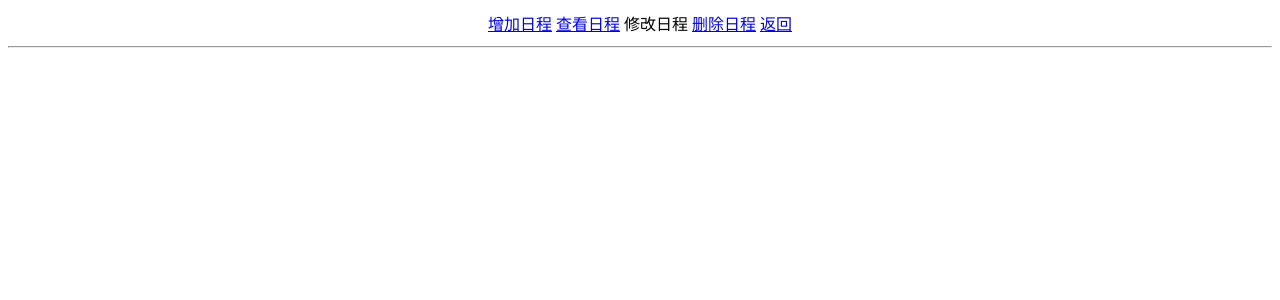
Repository: zy840055899/old-workspace
Page: http://localhost/PIMS/dateManager/updateDate.jsp
The author's editor kept a copy of each file at every save. The page is drawn from the files as they stood at one save, then again after the next save.
The browser window is 1280 px wide. The pictures show the whole page.
The page is served by Tomcat 9.

Above is the page before, as saved 2014-03-17 11:47:59.

After the next save:
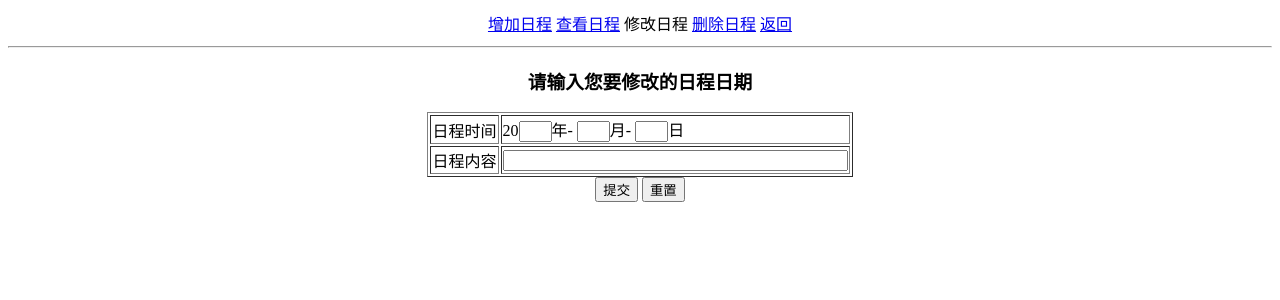
Saved 2 min 7 s later.
--- a/PIMS/WebContent/dateManager/updateDate.jsp
+++ b/PIMS/WebContent/dateManager/updateDate.jsp
@@ -22,30 +22,34 @@
 
 </table><hr>
 
+<h3>请输入您要修改的日程日期</h3>
 
+<form action="http://localhost:8080/PIMS/UpdateDateServlet" method="post">
 
+<table border="1">
 
+<tr>
+<td>日程时间</td>
+<td>
+20<input type="text" size="1" name="year" value="">年-
+<input type="text" size="1" name="month" value="">月-
+<input type="text" size="1" name="day" value="">日
+</td>
+</tr>
 
+<tr>
+<td>日程内容</td>
+<td><input type="text" name="thing" size="40"></td>
+</tr>
 
+</table>
 
+<input type="submit" value="提交">
+<input type="reset" value="重置">
 
-
-
-
+</form>
 
 </center>
 
-
-
-
-
-
-
-
-
-
-
-
-
 </body>
 </html>
